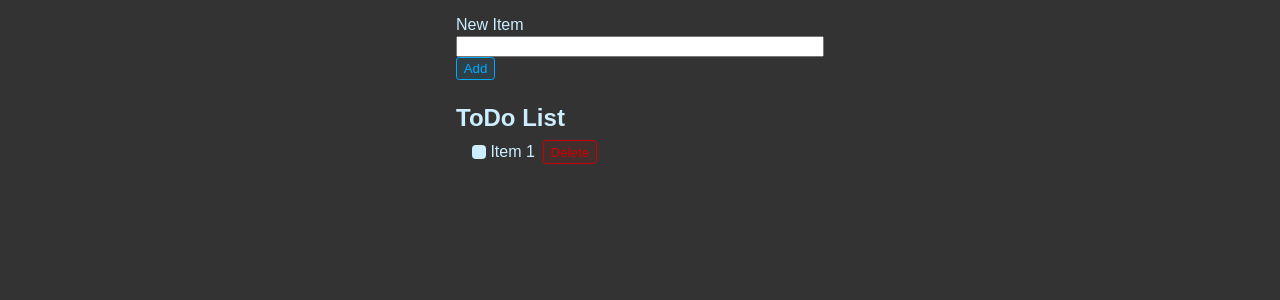
Repository: kemsig/CSFE24
Page: / (app in Week3- Todo/)
These files come from the project's save history. The page is drawn as it stood at one moment and after the next save; the edit follows.
The browser window is 1280 px wide. The pictures show the whole page.
The project was rebuilt for these pictures with package versions that can differ from the ones it lists, and the page was loaded fresh each time. Also part of the build but not shown: Week3- Todo/vite.config.js.

Above is the page before, as saved 2024-03-07 22:21:16.

### Week3- Todo/src/App.jsx
import { useState } from "react"
import "./styles.css"

export default function App(){
  const [newItem, setNewItem] =  useState("")

  return (
  <>
  <form className="item-form">
    <div className="form-row">
      <label htmlFor="item">New Item</label>
      <input
        value={newItem}
        onChange={e => setNewItem(e.target.value)}
        type="text"
        id="item"
      />
    </div>
    <button className="btn">Add</button>
  </form>

  <h1 className="header">ToDo List</h1>
  <u1 className="list">
    <li>
      <label>
        <input type="checkbox"/>
        Item 1
      </label>
      <button className="btn btn-danger">Delete</button>
    </li>
  </u1>
  </>
)
}

Loaded but not shown: Week3- Todo/index.html (common file); Week3- Todo/src/main.jsx (common file); Week3- Todo/src/styles.css (common file)

After the next save:
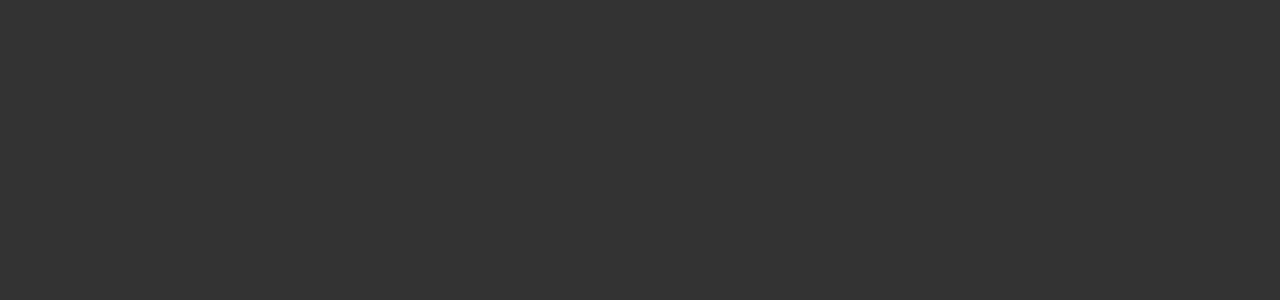
Console error: ReferenceError: handleSubmit is not defined
Saved 73 s later.
--- a/Week3- Todo/src/App.jsx
+++ b/Week3- Todo/src/App.jsx
@@ -6,7 +6,10 @@ export default function App(){
 
   return (
   <>
-  <form className="item-form">
+  <form
+    onSubmit={handleSubmit}
+    className="item-form"
+  >
     <div className="form-row">
       <label htmlFor="item">New Item</label>
       <input

After the 3 saves that followed:
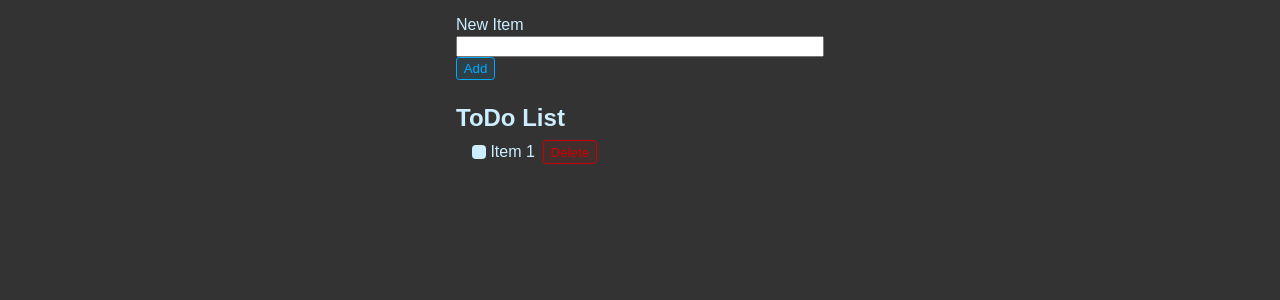
The error is gone.
The 3 saves are shown as one change because 1 left the picture as it was and some came seconds apart.
The last was saved 33 s later.
--- a/Week3- Todo/src/App.jsx
+++ b/Week3- Todo/src/App.jsx
@@ -3,6 +3,10 @@ import "./styles.css"
 
 export default function App(){
   const [newItem, setNewItem] =  useState("")
+
+  function handleSubmit(e){
+    e.preventDefault()
+  }
 
   return (
   <>
